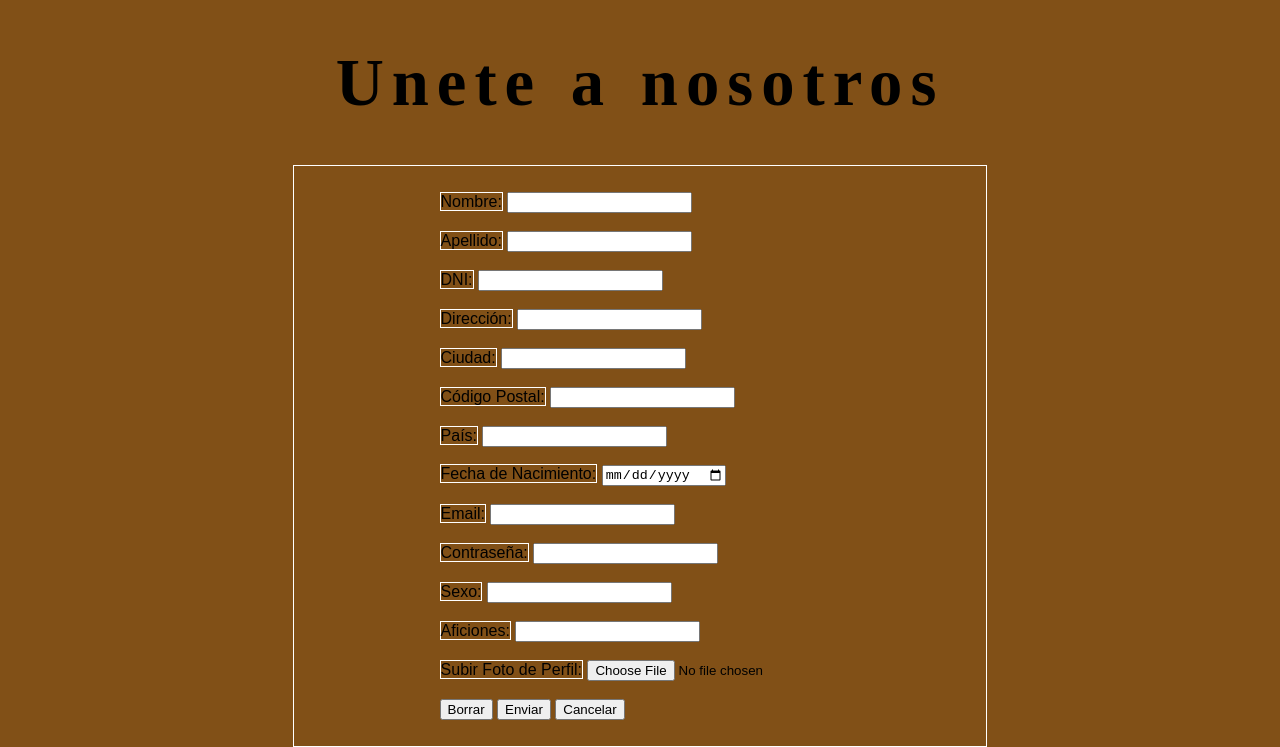
Repository: demoniers/demonIers.github.io
Page: web-lenguajes/src/singin.html
An editor plug-in stored every save of this project. The page is shown before and after the next save, followed by the edit.
The browser window is 1280 px wide. The pictures show the whole page.
Some web fonts or font styles are not loaded; a fallback is used.

Above is the page before, as saved 2025-01-24 12:06:22.

After the next save:
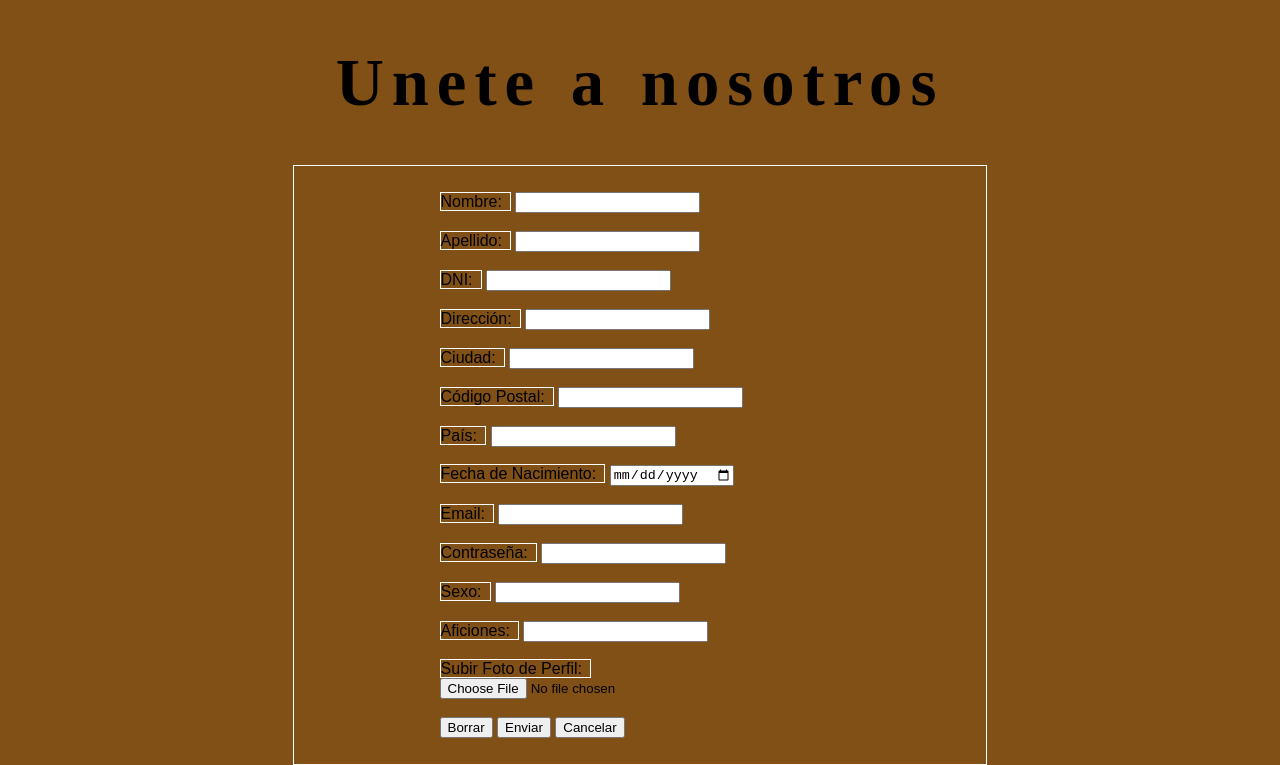
Saved 5 s later.
--- a/web-lenguajes/style/style.css
+++ b/web-lenguajes/style/style.css
@@ -255,5 +255,5 @@ th {
 form label {
     border: white solid 1px;
     margin-right: auto;
-    padding-right: auto;
-}
+    padding-right: 2%;
+}
